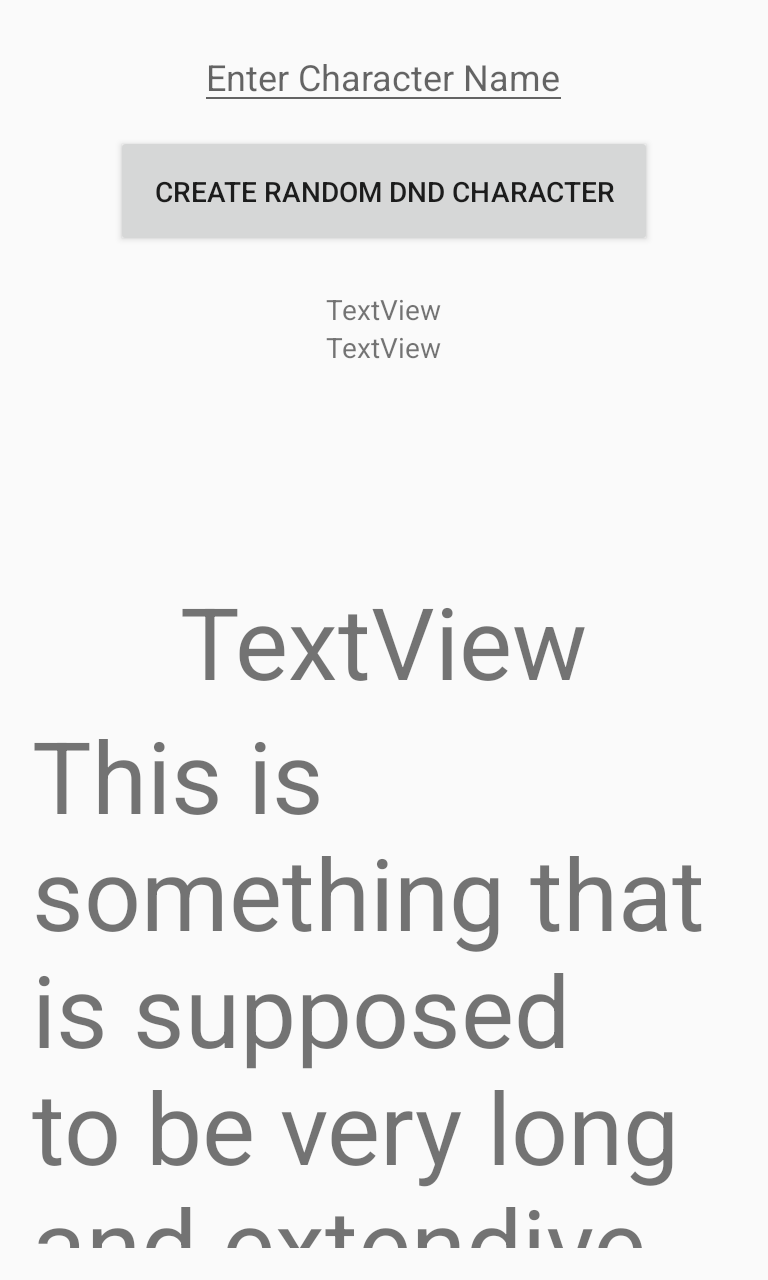
Repository: Vortelf/DnDAndroid
Layout: BuildApp/DnD/res/layout/activity_random_char.xml
An editor plug-in stored every save of this project. The layout is shown before and after the next save, followed by the edit.
It is drawn on a 768 x 1280 px phone screen (xhdpi) without system bars, with theme AppTheme; the app's code is not run.

Above is the layout before, as saved 2014-11-08 21:13:13.

### BuildApp/DnD/res/layout/activity_random_char.xml
<RelativeLayout xmlns:android="http://schemas.android.com/apk/res/android"
    xmlns:tools="http://schemas.android.com/tools"
    android:id="@+id/Char"
    android:layout_width="match_parent"
    android:layout_height="match_parent"
    android:paddingBottom="@dimen/activity_vertical_margin"
    android:paddingLeft="@dimen/activity_horizontal_margin"
    android:paddingRight="@dimen/activity_horizontal_margin"
    android:paddingTop="@dimen/activity_vertical_margin"
    tools:context="vortelf.dnd.RandomCharActivity" >

    <EditText
        android:id="@+id/inputCharName"
        android:layout_width="wrap_content"
        android:layout_height="wrap_content"
        android:layout_centerHorizontal="true"
        android:gravity="center_horizontal"
        android:hint="@string/inputCharName" />

    <Button
        android:id="@+id/RandomButton"
        android:layout_width="wrap_content"
        android:layout_height="wrap_content"
        android:layout_alignParentTop="true"
        android:layout_centerHorizontal="true"
        android:layout_marginTop="50dp"
        android:gravity="center_horizontal"
        android:padding="20dp"
        android:text="@string/random_button" />

    <TextView
        android:id="@+id/CharName"
        android:layout_width="wrap_content"
        android:layout_height="wrap_content"
        android:layout_below="@+id/RandomButton"
        android:layout_centerHorizontal="true"
        android:layout_marginTop="20dp"
        android:text="TextView" />

    <TextView
        android:id="@+id/CharStats"
        android:layout_width="wrap_content"
        android:layout_height="wrap_content"
        android:layout_below="@+id/CharName"
        android:layout_centerHorizontal="true"
        android:text="TextView" />

    <TextView
        android:id="@+id/Roller"
        android:layout_width="wrap_content"
        android:layout_height="wrap_content"
        android:layout_below="@+id/CharStats"
        android:layout_centerHorizontal="true"
        android:layout_marginTop="104dp"
        android:text="TextView"
        android:textSize="50sp" />

    <TextView
        android:id="@+id/ScrollExtend"
        android:layout_width="wrap_content"
        android:layout_height="wrap_content"
        android:layout_below="@+id/Roller"
        android:layout_centerHorizontal="true"
        android:text="@string/extend"
        android:textSize="50sp" />

</RelativeLayout>

### BuildApp/DnD/res/values/strings.xml
<?xml version="1.0" encoding="utf-8"?>
<resources>

    <string name="app_name">DnD</string>
    <string name="action_settings">Settings</string>
    <string name="random_button">Create Random DnD Character</string>
    <string name="inputCharName">Enter Character Name</string>
    <string name="title_activity_main">MainActivity</string>
    <string name="title_RandomSelection">Create Random Character</string>
    <string name="title_CustomSelection">Create Custom Character</string>
    <string name="title_DiceRollSelection">Dice Roller</string>
    <string name="navigation_drawer_open">Open navigation drawer</string>
    <string name="navigation_drawer_close">Close navigation drawer</string>
    <string name="action_example">Example action</string>
    <string name="title_activity_custom_char">CustomCharActivity</string>
    <string name="hello_world">Hello world!</string>
    <string name="title_activity_dice_roll">DiceRollActivity</string>
    <string name="extend">This is something that is supposed to be very long and extendive</string>
    <string name="title_section1">Section 1</string>
    <string name="title_section2">Section 2</string>
    <string name="title_section3">Section 3</string>

</resources>

Loaded but not shown: BuildApp/DnD/res/values/styles.xml (common file); BuildApp/DnD/res/values-v11/styles.xml (common file); BuildApp/DnD/res/values-v14/styles.xml (common file); BuildApp/DnD/res/values/dimens.xml (common file); BuildApp/DnD/res/values-w820dp/dimens.xml (common file)

After the next save:
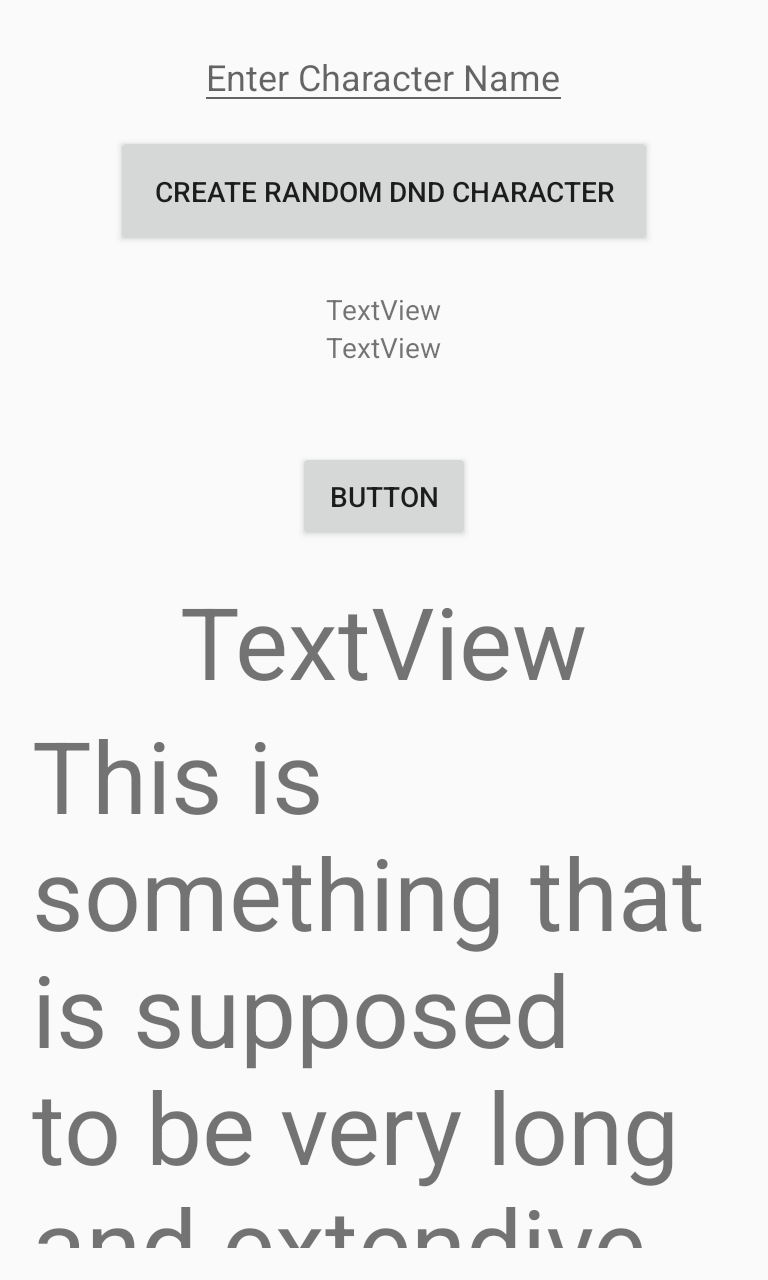
Saved 2 min 2 s later.
--- a/BuildApp/DnD/res/layout/activity_random_char.xml
+++ b/BuildApp/DnD/res/layout/activity_random_char.xml
@@ -64,4 +64,13 @@
         android:text="@string/extend"
         android:textSize="50sp" />
 
+    <Button
+        android:id="@+id/SwitchActivity"
+        android:layout_width="wrap_content"
+        android:layout_height="wrap_content"
+        android:layout_below="@+id/CharStats"
+        android:layout_centerHorizontal="true"
+        android:layout_marginTop="41dp"
+        android:text="Button" />
+
 </RelativeLayout>
